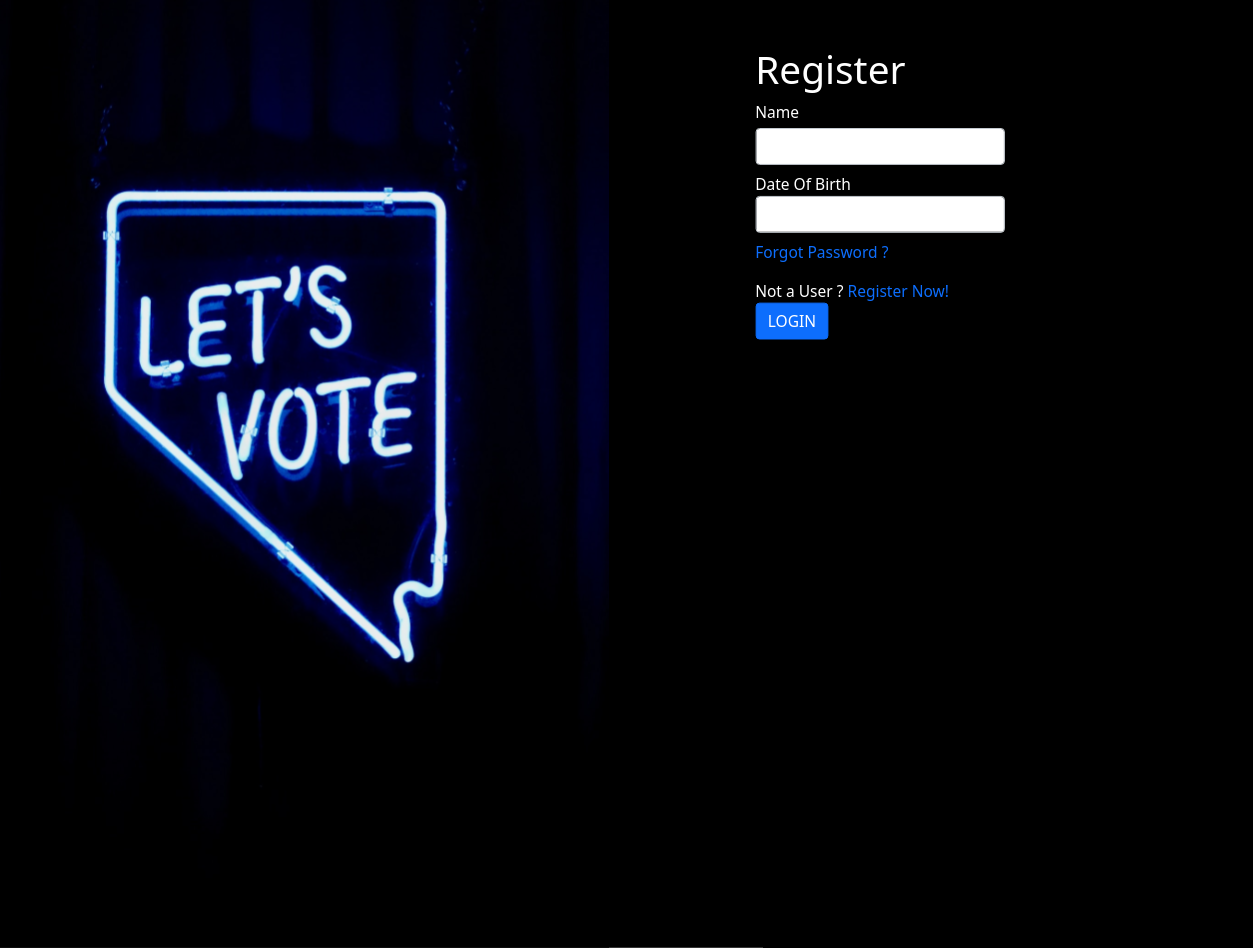
Repository: DavidManiIbrahim/Voting-app
Page: Register.html
An editor plug-in stored every save of this project. The page is shown before and after the next save, followed by the edit.
The browser window is 1280 px wide. The page is 1292 px wide, so the pictures cover 1292 px, including what lies to the right of the window. The pictures show the whole page, at 97% of full size.

Above is the page before, as saved 2025-01-18 07:48:23.

### Register.html
<!DOCTYPE html>
<html lang="en">
<head>
    <meta charset="UTF-8">
    <meta name="viewport" content="width=device-width, initial-scale=1.0">
    <title>Login Page</title>
    <link rel="stylesheet" href="./bootstrap.css">
</head>
<body>

<style>
    form{
        position: relative;
        top: 20%;
    }

    .hero{
        /* height:100vh; */
        background: #000;
    }
</style>

<div class="row hero h-100">
    <div class="col-md  container-fluid">
        <img src="./unsplash_LA1VawaCjjI.svg" alt="login image" class=" img-fluid" width="100%">
    </div>
    <div class="col-md text-white align-items-center h-100">
        <form action="" class="w-75  p-5 m-auto ">
            <h1>Register</h1>
            <label for="name" class="form-label">Name  <br>
                <input class="form-control form-text w-100" type="text">
            </label> <br>
            <label class="form-label"" for="dob">Date Of Birth  <br>
                <input class="form-control w-100" type="password" class="form-text">
            </label> <br>
            <p class="text-primary">Forgot Password ?</p>
            <span>Not a User ?</span>
            <span class="text-primary">Register Now!</span> <br>
            <button class="btn btn-primary">LOGIN</button>
        </form>
    </div>
</div>








<script src="./bootstrap.min.js"></script>
</body>
</html>

Loaded but not shown: bootstrap.css (library); bootstrap.min.js (library)

After the next save:
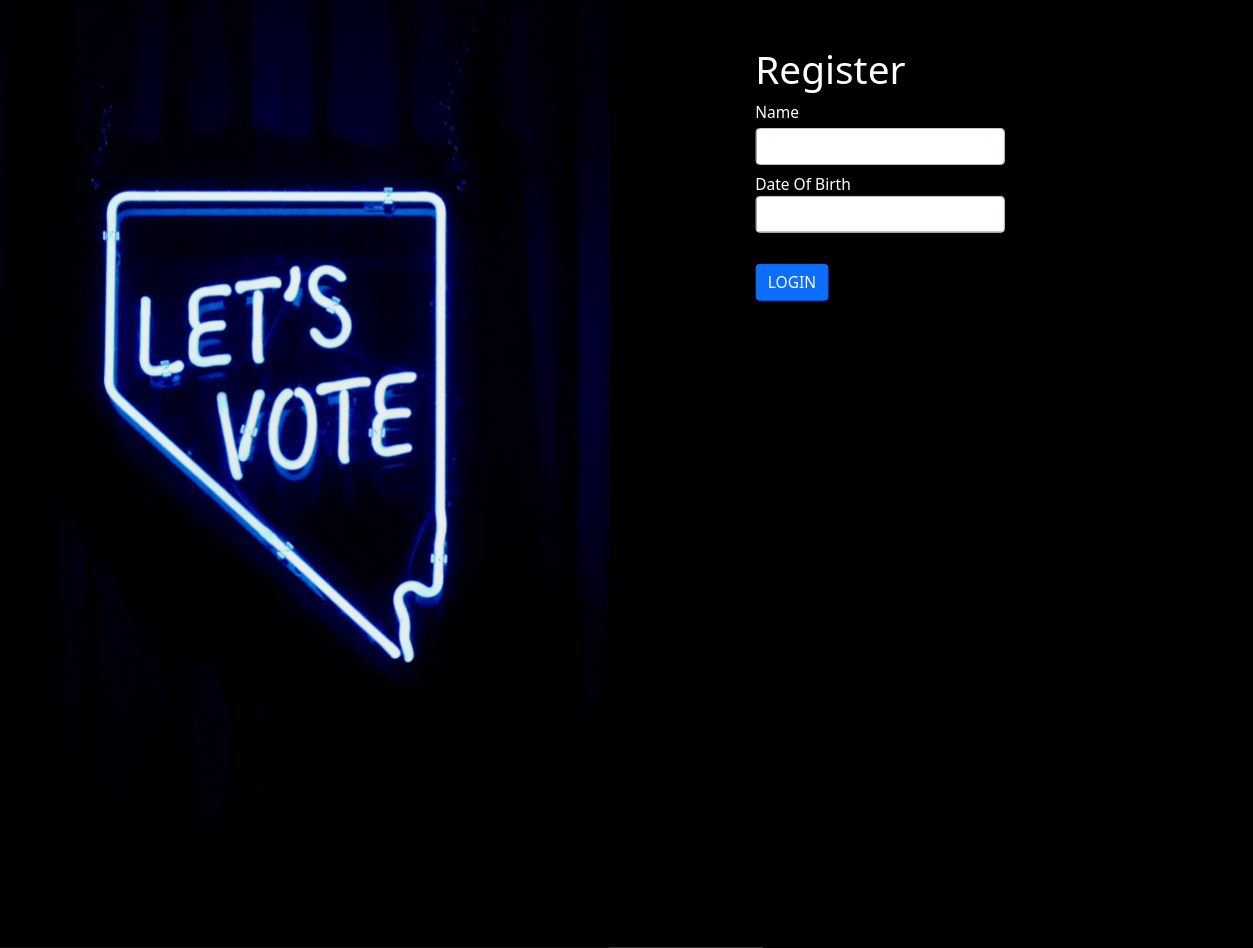
Saved 21 s later.
--- a/Register.html
+++ b/Register.html
@@ -33,9 +33,7 @@
             <label class="form-label"" for="dob">Date Of Birth  <br>
                 <input class="form-control w-100" type="password" class="form-text">
             </label> <br>
-            <p class="text-primary">Forgot Password ?</p>
-            <span>Not a User ?</span>
-            <span class="text-primary">Register Now!</span> <br>
+             <br>
             <button class="btn btn-primary">LOGIN</button>
         </form>
     </div>
